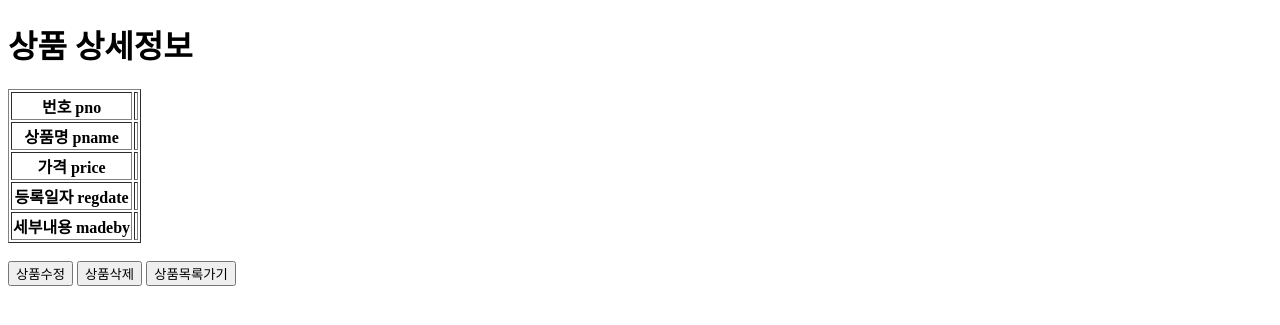
Repository: sujeong1799/JSP
Page: http://localhost/jsp_study/detail.jsp
These files come from the project's save history. The page is drawn as it stood at one moment and after the next save; the edit follows.
The browser window is 1280 px wide. The pictures show the whole page.
The page is served by Tomcat 9. Other server files are loaded and not shown. The template is opened directly, without the code that normally fills it, so the values that code supplies are empty.

Above is the page before, as saved 2023-05-11 07:27:11.

### jsp_project1/jsp_study/src/main/webapp/detail.jsp
<%@ page language="java" contentType="text/html; charset=UTF-8"
	pageEncoding="UTF-8"%>
<!DOCTYPE html>
<html>
<head>
<meta charset="UTF-8">
<title>Insert title here</title>
</head>
<body>
	<h1>상품 상세정보</h1>
	<table border="1" >
		<tr>
			<th>번호 pno</th>
			<td>${pvo.pno }</td>
		</tr>
		<tr>
			<th>상품명 pname</th>
			<td>${pvo.pname }</td>
		</tr>
		<tr>
			<th>가격 price</th>
			<td>${pvo.price }</td>
		</tr>
		<tr>
			<th>등록일자 regdate</th>
			<td>${pvo.regdate }</td>
		</tr>
		<tr>
			<th>세부내용 madeby</th>
			<td>${pvo.madeby }</td>
		</tr>
	</table>
	<br>
	<a href="modify.pd?pno=${pvo.pno }"><button type="button">상품수정</button></a>
	<a href="remove.pd?pno=${pvo.pno }"><button type="button">상품삭제</button></a>
	<a href="list.pd"><button>상품목록가기</button></a>

</body>
</html>

After the next save:
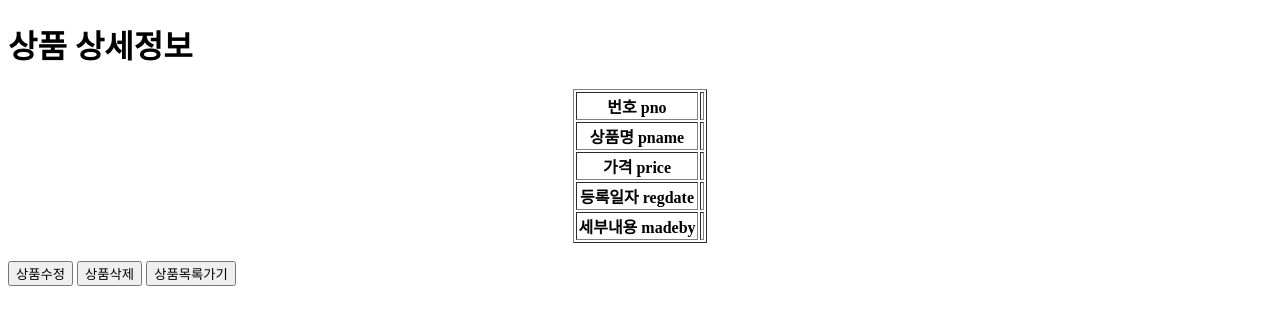
Saved 16 s later.
--- a/jsp_project1/jsp_study/src/main/webapp/detail.jsp
+++ b/jsp_project1/jsp_study/src/main/webapp/detail.jsp
@@ -8,7 +8,7 @@
 </head>
 <body>
 	<h1>상품 상세정보</h1>
-	<table border="1" >
+	<table border="1" align="center">
 		<tr>
 			<th>번호 pno</th>
 			<td>${pvo.pno }</td>

After the save that followed:
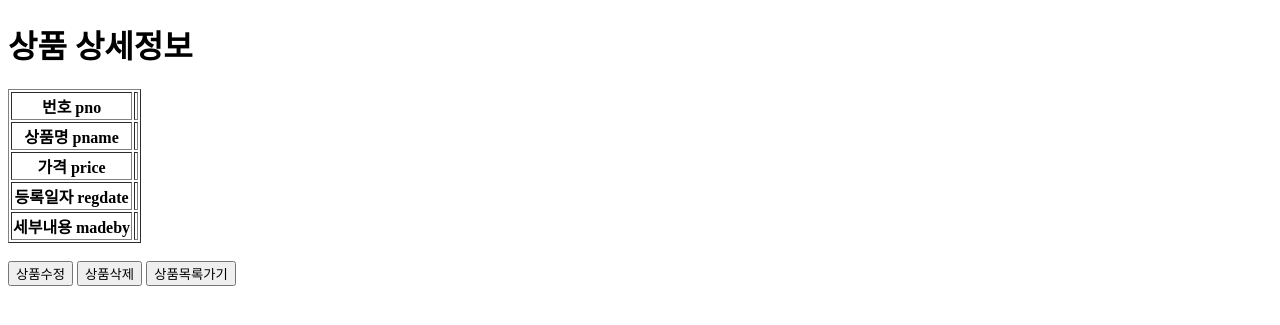
Saved 15 s later.
--- a/jsp_project1/jsp_study/src/main/webapp/detail.jsp
+++ b/jsp_project1/jsp_study/src/main/webapp/detail.jsp
@@ -8,8 +8,8 @@
 </head>
 <body>
 	<h1>상품 상세정보</h1>
-	<table border="1" align="center">
-		<tr>
+	<table border="1">
+		<tr align="center">
 			<th>번호 pno</th>
 			<td>${pvo.pno }</td>
 		</tr>
